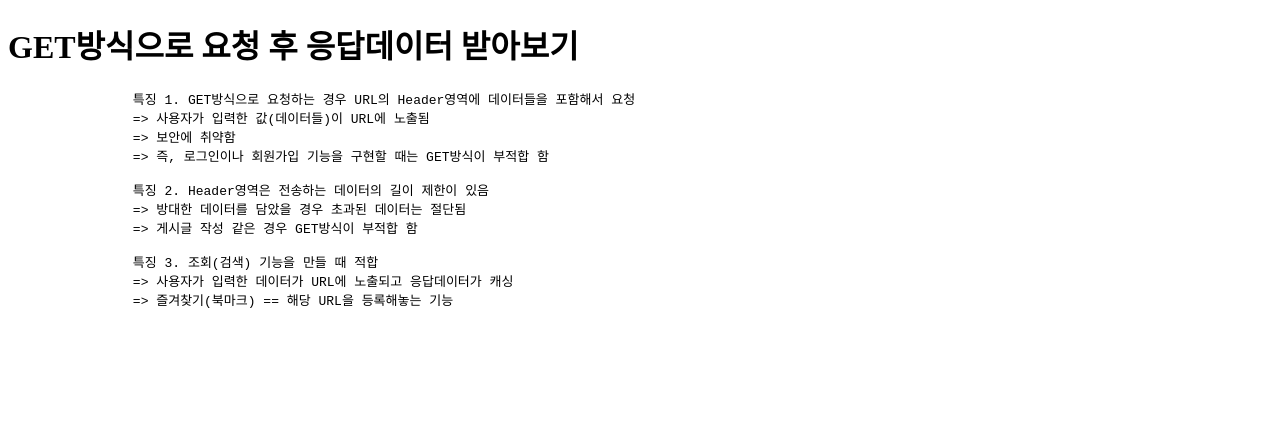
Repository: Rostreaca/0922_Web
Page: MyFirstWebProject/src/main/webapp/views/request_get.html
These files come from the project's save history. The page is drawn as it stood at one moment and after the next save; the edit follows.
The browser window is 1280 px wide. The pictures show the whole page.

Above is the page before, as saved 2025-09-22 07:49:11.

After the next save:
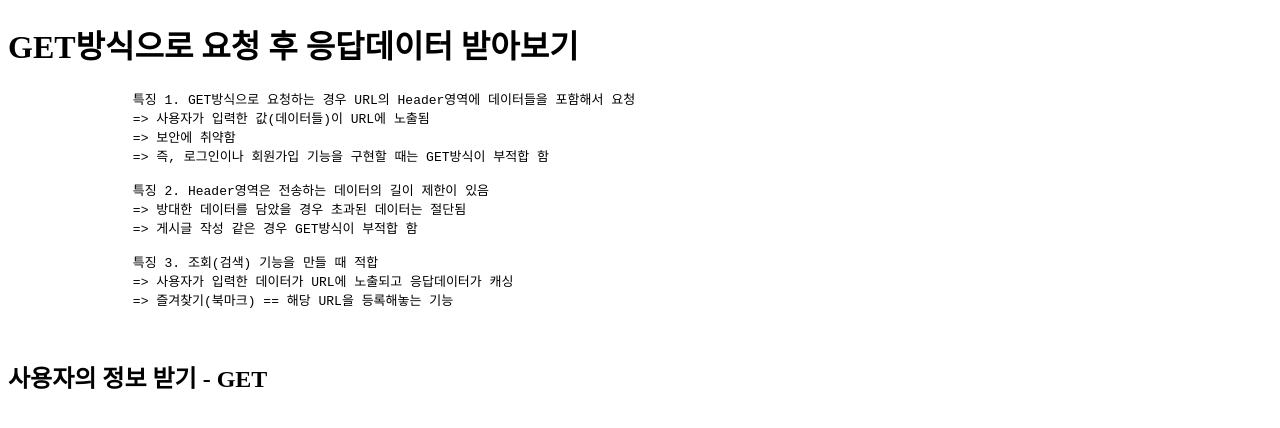
Saved 28 s later.
--- a/MyFirstWebProject/src/main/webapp/views/request_get.html
+++ b/MyFirstWebProject/src/main/webapp/views/request_get.html
@@ -29,7 +29,7 @@
 
 	</pre>
 
-
+	<h2> 사용자의 정보 받기 - GET </h2>
 
 
 
